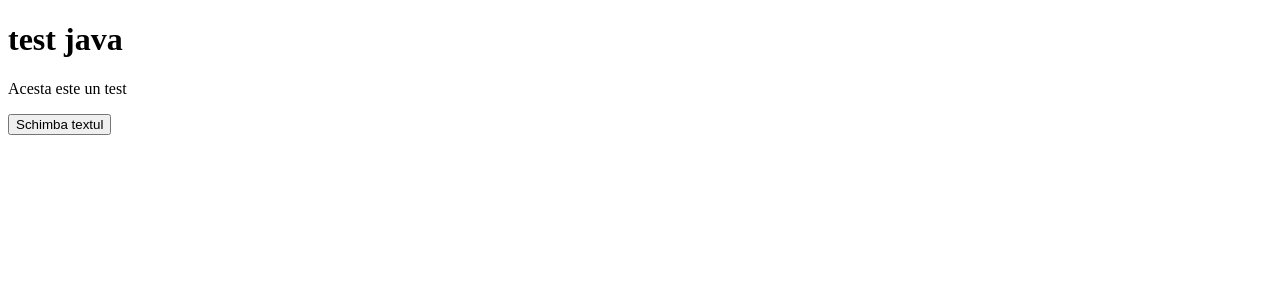
Repository: Parnicoza/testecomplete
Page: testcompletJS-1.html
These files come from the project's save history. The page is drawn as it stood at one moment and after the next save; the edit follows.
The browser window is 1280 px wide. The pictures show the whole page.

Above is the page before, as saved 2025-03-10 11:22:52.

### testcompletJS-1.html
<!DOCTYPE html>
<html>

<head>
    <title>Primul test in Js</title>
</head>
<body>
    <h1>test java</h1>
    <p id="p">Acesta este un test</p>
    <button onclick="schimba()">Schimba textul</button>

    <script src="java.js"></script>
</body>
</html>

### java.js
function schimba(){
    document.getElementById("p").innerHTML = "Textul s-a schimbat!";
}

function schimbalaloc(){
    document.getElementById("p").innerHTML = "Acesta este un test!";
}

After the next save:
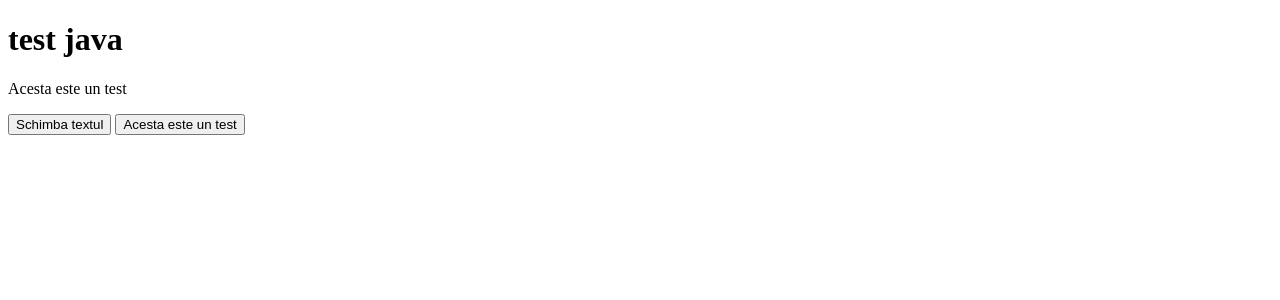
Saved 4 s later.
--- a/testcompletJS-1.html
+++ b/testcompletJS-1.html
@@ -8,6 +8,7 @@
     <h1>test java</h1>
     <p id="p">Acesta este un test</p>
     <button onclick="schimba()">Schimba textul</button>
+    <button onclick="schimbalaloc()">Acesta este un test</button>
 
     <script src="java.js"></script>
 </body>
